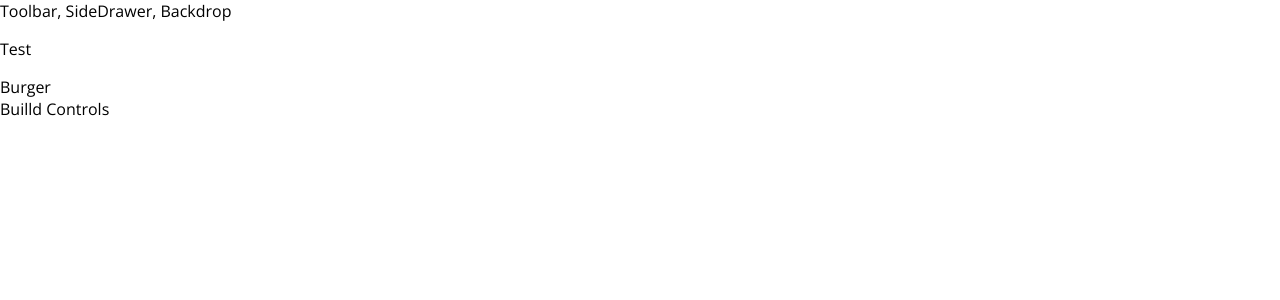
Repository: legil/burger-app
Page: /
These files come from the project's save history. The page is drawn as it stood at one moment and after the next save; the edit follows.
The browser window is 1280 px wide. The pictures show the whole page.
The project was rebuilt for these pictures with package versions that can differ from the ones it lists, and the page was loaded fresh each time.

Above is the page before, as saved 2019-04-16 00:32:25.

After the next save:
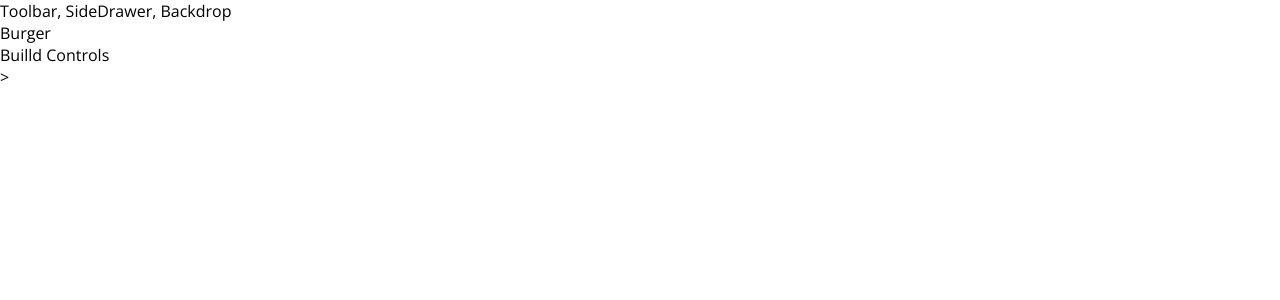
Saved 71 s later.
--- a/src/App.js
+++ b/src/App.js
@@ -7,8 +7,7 @@ class App extends Component {
     return (
       <div>
         <Layout>
-          <p>Test</p>
-          <BurgerBuilder></BurgerBuilder>
+          <BurgerBuilder/>>
         </Layout>
       </div>
     );
